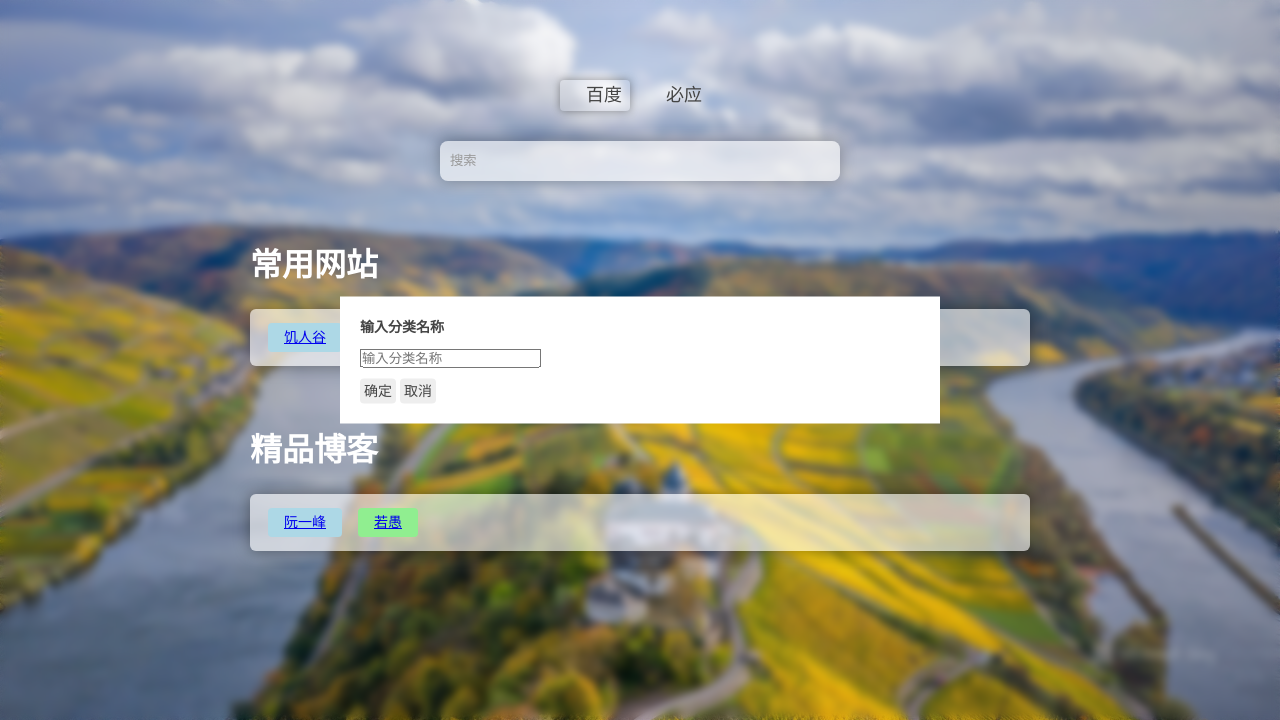
Repository: zkhiscool/PersonPage
Page: index.html
These files come from the project's save history. The page is drawn as it stood at one moment and after the next save; the edit follows.
The browser window is 1280 px wide. The pictures show the whole page.

Above is the page before, as saved 2023-07-21 12:05:53.

### index.html
<!DOCTYPE html>
<html lang="en">

<head>
    <meta charset="UTF-8">
    <meta name="viewport" content="width=device-width, initial-scale=1.0">
    <title>Document</title>
    <script src="//at.alicdn.com/t/c/font_4154315_rbz2c3ka0md.js"></script>
    <script src="//at.alicdn.com/t/c/font_4177456_26hgdqu1m2a.js"></script>
    <link rel="stylesheet" href="css/style.css">
</head>

<body class="preview">
    <div id="page">
        <section id="search">
            <div class="search-type">
                <div data-type="baidu" class="search-tab tab-baidu active">
                    <svg class="icon" aria-hidden="true">
                        <use xlink:href="#icon-baidu"></use>
                    </svg>百度
                </div>
                <div data-type="bing" class="search-tab tab-bing">
                    <svg class="icon" aria-hidden="true">
                        <use xlink:href="#icon-weiruan"></use>
                    </svg>必应
                </div>
            </div>
            <div class="search-input input">
                <input type="text" placeholder="搜索">
                <svg class="icon icon-search" aria-hidden="true">
                    <use xlink:href="#icon-search"></use>
                </svg>
            </div>
        </section>
        <section id="websites">
            <ul class="list">
                <li class="item">
                    <h2>常用网站</h2>
                    <ul class="panel">
                        <li class="tag ">百度</li>
                        <li class="tag ">知乎</li>
                    </ul>
                </li>

                <li class="item">
                    <h2>常用网站</h2>
                    <ul class="panel">
                        <li class="tag ">百度</li>
                        <li class="tag ">知乎</li>
                    </ul>
                </li>
            </ul>
            <div class="puls">
                <svg class="icon icon-puls" aria-hidden="true">
                    <use xlink:href="#icon-plus"></use>
                </svg>
            </div>
        </section>

    </div>
    <div id="setting">
        <svg class="icon icon-setting" aria-hidden="true">
            <use xlink:href="#icon-setting"></use>
        </svg>
        <svg class="icon icon-back" aria-hidden="true">
            <use xlink:href="#icon-back"></use>
        </svg>
    </div>
    <div class="modal modal-1">
        <h4>输入分类名称</h4>
        <div class="field">
            <input type="text" placeholder="输入分类名称">
        </div>
        <div class="button">确定</div>
        <div class="button">取消</div>
    </div>
    <script src="js/main.js"></script>
    <script>
        //百度 = 'https://www.baidu.com/s?wd=' + '饥人谷'
        //bing= https://cn.bing.com/search?q=' + '饥人谷'
    </script>
</body>

</html>

### css/style.css
* {
    margin: 0;
    padding: 0;
    box-sizing: border-box;
}

ul,
li {
    list-style: none;
}

body {
    /* 字体大小14，行高1.5 */
    font: 14px/1.5 Arial, Helvetica, sans-serif;
    color: #444;
    background: linear-gradient(to right, rgba(0, 0, 0, 0.2), rgba(0, 0, 0, 0), rgba(0, 0, 0, 0.2)),
        url(../images/2.jpg)center center no-repeat;
    background-size: cover;
    /* 窗口的高度 */
    min-height: 100vh;
    /* 背景色模糊 */
    padding-bottom: 60px;
    backdrop-filter: blur(4px);
}

/* 图标库默认样式 */
.icon {
    width: 1em;
    height: 1em;
    vertical-align: -0.15em;
    fill: currentColor;
    overflow: hidden;
    cursor: pointer;
}

#page {
    max-width: 820px;
    margin: 0 auto;
    padding: 20px;
    /* overflow: hidden; */
}

#setting {
    position: fixed;
    left: 30px;
    top: 30px;
    color: #fff;
}

body.preview .icon-back {
    display: none;
}

body.preview .icon-setting {
    display: block;
}

body.setting .icon-back {
    display: block;
}

body.setting .icon-setting {
    display: none;
}

#setting .icon {
    width: 30px;
    height: 30px;
}

#search {
    display: flex;
    flex-direction: column;
    align-items: center;
    margin-top: 60px;

}

.search-type {
    display: flex;
}

.search-tab {
    padding: 2px 8px;
    margin-right: 10px;
    border-radius: 4px;
    font-size: 18px;
    cursor: pointer;
}

.search-tab.active {
    box-shadow: 0 0 8px rgba(0, 0, 0, 0.4);
}

.search-input {
    position: relative;
    margin-top: 30px;
    border-radius: 8px;
    overflow: hidden;
    background-color: rgba(255, 255, 255, 0.6);
    box-shadow: 0 0 16px 0 rgba(0, 0, 0, 0.3);
}

.search-input .icon {
    position: absolute;
    right: 6px;
    top: 50%;
    transform: translateY(-50%);
    z-index: 1;
    width: 30px;
    height: 20px;
    cursor: pointer;
}

.search-input>input {
    width: 400px;
    padding: 0 30px 0 10px;
    line-height: 40px;
    border: none;
    outline: none;
    color: #666;
    background-color: transparent;
    transition: all .3s;
}

/* .search-input>input:focus {
    width: 780px;
} */

.search-input>input::placeholder {
    color: #999;
}

#websites .item {
    margin-top: 60px;

}

#websites .list h2 {
    color: #fff;
    font-size: 32px;
}

#websites .panel {
    display: flex;
    flex-wrap: wrap;
    background-color: rgba(255, 255, 255, 0.6);
    border-radius: 6px;
    padding: 10px;
    margin-top: 20px;
    box-shadow: 0 0 16px 0 rgba(0, 0, 0, 0.4);
}

#websites .tag {
    border-radius: 4px;
    padding: 4px 16px;
    margin: 4px 8px;
    background-color: lightblue;

}

#websites .tag:nth-child(odd) {
    background-color: lightblue;
}

#websites .tag:nth-child(even) {
    background-color: lightgreen;
}

.puls {
    align-items: center;
    justify-content: center;
    margin-top: 30px;
}

body.setting .puls {
    display: flex;
}

body.preview .puls {
    display: none;
}

.puls .icon {
    width: 60px;
    height: 60px;
    color: #fff;
}

.modal {
    position: fixed;

    left: 50%;
    top: 50%;
    transform: translate(-50%, -50%);
    width: 600px;
    padding: 20px;
    background-color: #fff;

}

.modal .field {
    margin: 10px 0px;
}

.button {
    background-color: #eee;
    padding: 2px 4px;
    border-radius: 4px;
    display: inline-block;
}

### js/main.js
const $ = s => document.querySelector(s)
const $$ = s => document.querySelectorAll(s)
const searchMap = {
    'baidu': 'https://www.baidu.com/s?wd=',
    'bing': 'https://cn.bing.com/search?q='
}
let searchType = 'baidu'
let PageStatus = 'setting'
//切换浏览器的样式
$$('.search-tab').forEach($tab => {
    $tab.onclick = function () {
        // 给每个搜索去掉class
        $$('.search-tab').forEach($tab => $tab.classList.remove('active'))
        this.classList.add('active')
        // data-xxx这种带 “-”的自定义属性，有默认dataset方法
        searchType = this.dataset.type
    }
});

//监听键盘按下
document.onkeyup = function (e) {
    if (e.key === 'Enter') {
        search()
    }
}

$('.icon-search').onclick = search

$('.icon-setting').onclick = function () {
    PageStatus = 'setting'
    $('body').classList.remove('preview')
    $('body').classList.add('setting')

}
$('.icon-back').onclick = function () {
    PageStatus = 'preview'
    $('body').classList.remove('setting')
    $('body').classList.add('preview')
}
$('.icon-puls').onclick = function () {

}

// 封装搜索
function search() {
    let url = searchMap[searchType] + $('.search-input input').value
    const $link = document.createElement('a')
    $link.setAttribute('href', url)
    $link.setAttribute('target', '_blank')
    $link.click()
}

const data = [
    {
        title: '常用网站',
        data: [
            {
                name: '饥人谷',
                url: 'https://jirengu.com'
            },
            {
                name: '知乎',
                url: 'https://zhihu.com'
            },
        ]
    },
    {
        title: '精品博客',
        data: [
            {
                name: '阮一峰',
                url: 'https://javascript.ruanyifeng.com'
            },
            {
                name: '若愚',
                url: 'https://zhuanlan.zhihu.com/study-fe'
            },
        ]
    },
]
render(data)
/*
    <li class="item">
        <h2>常用网站</h2>
        <ul class="panel">
            <li class="tag "><a href="" target="_blank"></a>百度</li>
            <li class="tag "><a href="" target="_blank"></a>知乎</li>
        </ul>
    </li>
 */
function render(data) {
    const $itemArr = data.map(obj => {
        const $item = document.createElement('li')
        $item.classList.add('item')
        const $h2 = document.createElement('h2')
        $h2.append(obj.title)
        const $ul = document.createElement('ul')
        $ul.classList.add('panel')
        let $liArray = obj.data.map(item => {
            const $tag = document.createElement('li')
            $tag.classList.add('tag')
            const $a = document.createElement('a')
            $a.setAttribute('href', item.url)
            $a.setAttribute('target', '_blank')
            $a.append(item.name)
            $tag.append($a)
            return $tag
        })
        $ul.append(...$liArray)
        $item.append($h2, $ul)
        return $item
    })
    console.log($itemArr);

    $('#websites .list').innerHTML = ''
    $('#websites .list').append(...$itemArr)
}

After the next save:
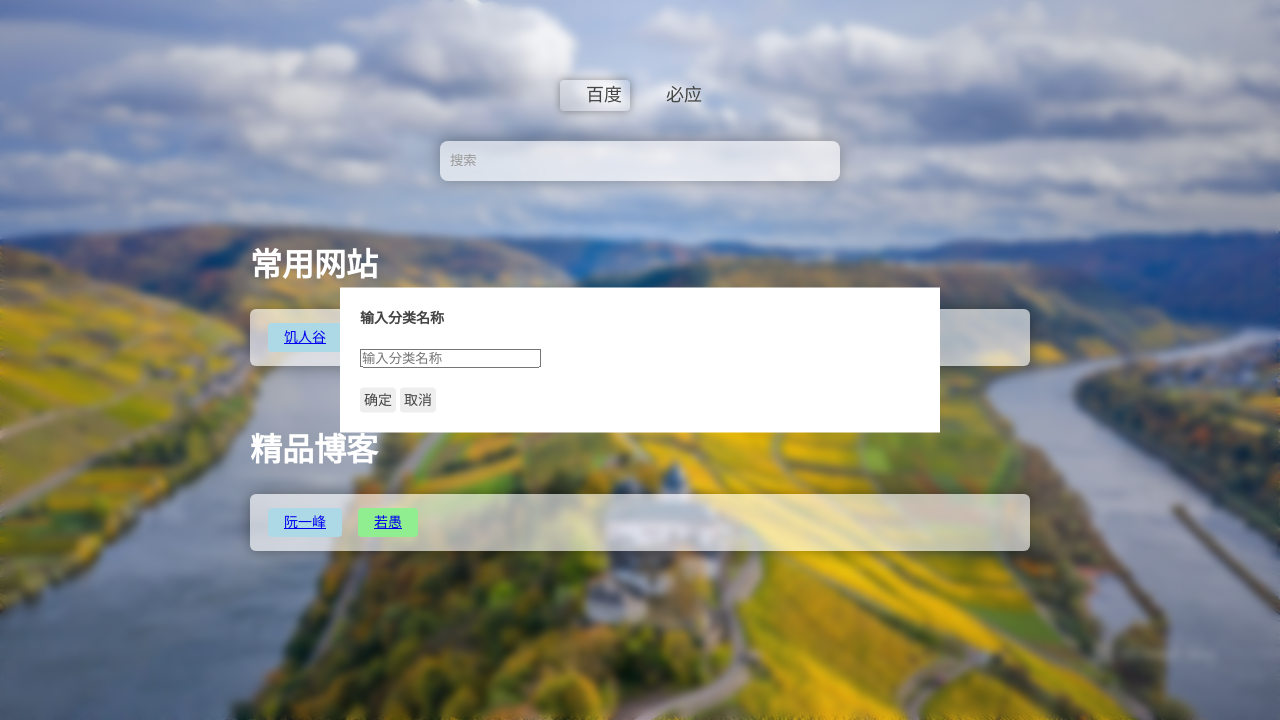
Saved 13 s later.
--- a/css/style.css
+++ b/css/style.css
@@ -203,6 +203,10 @@
     margin: 10px 0px;
 }
 
+.modal .field input {
+    margin: 10px 0px;
+}
+
 .button {
     background-color: #eee;
     padding: 2px 4px;

After the save that followed:
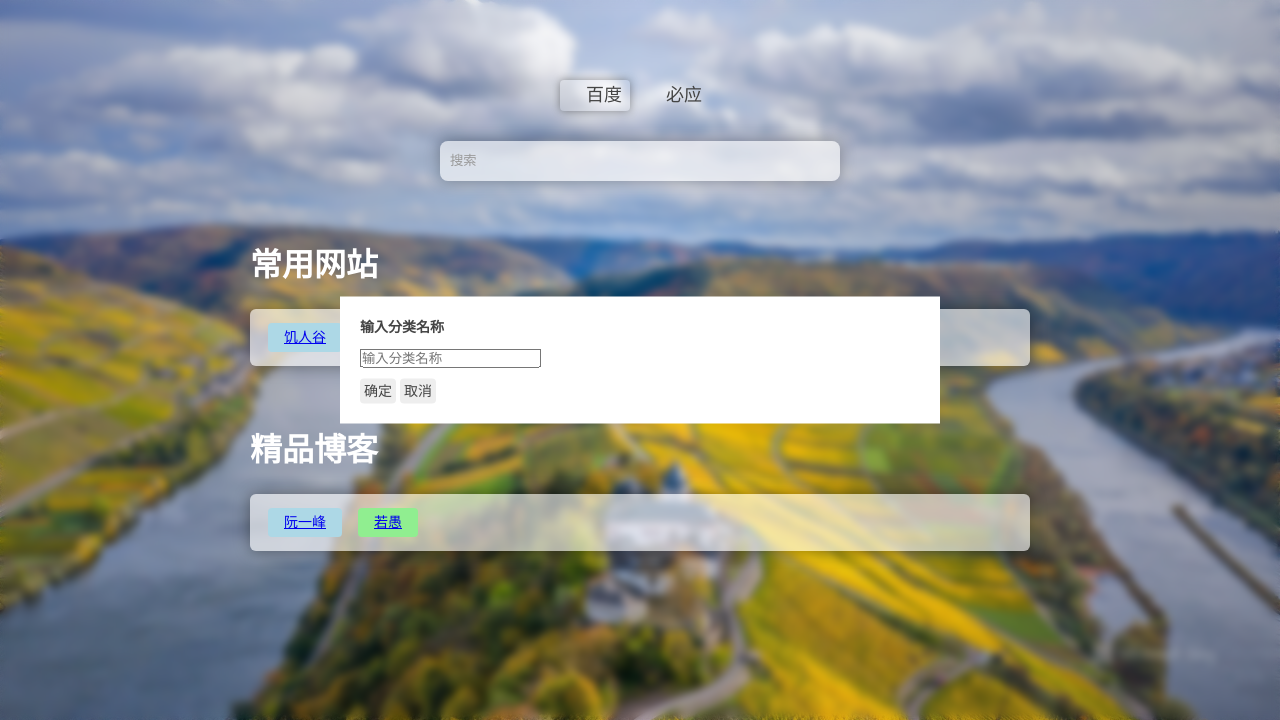
Saved 8 s later.
--- a/css/style.css
+++ b/css/style.css
@@ -204,7 +204,7 @@
 }
 
 .modal .field input {
-    margin: 10px 0px;
+    line-height: ;
 }
 
 .button {
